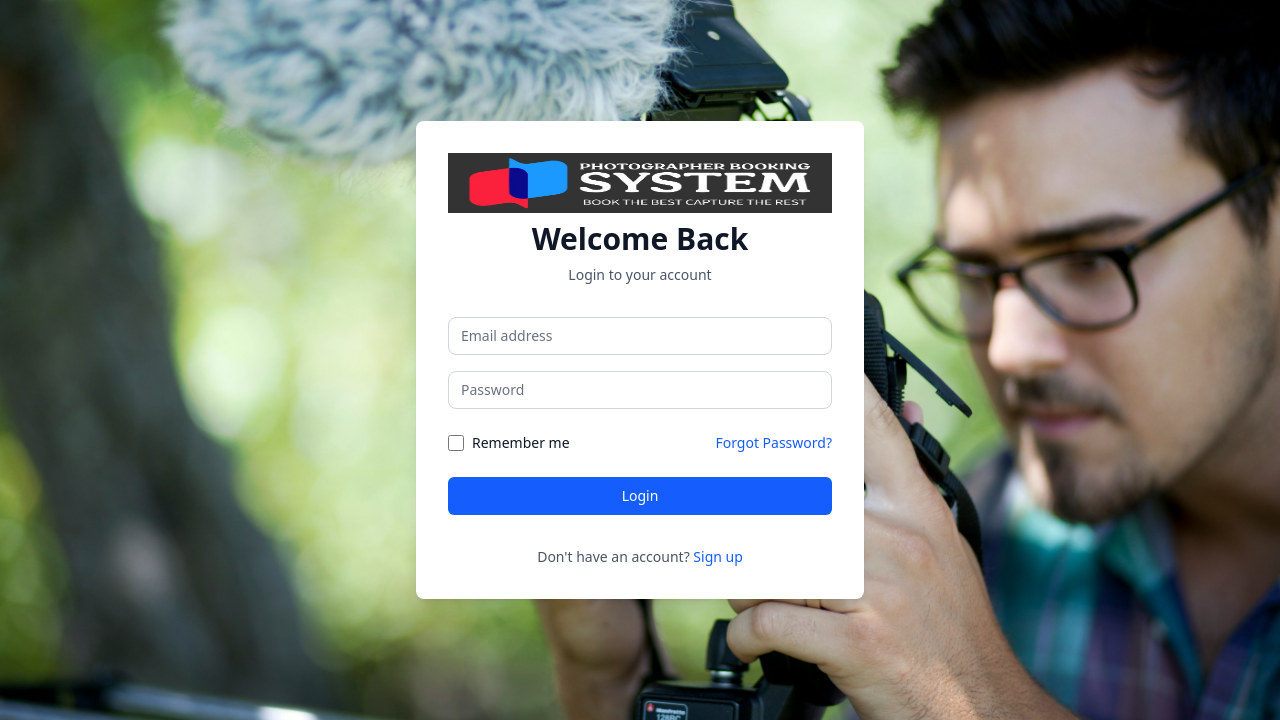
Repository: iamsirajacharya/FYP_Photographer_Booking_system
Page: /login (app in FrontEnd/)
An editor plug-in stored every save of this project. The page is shown before and after the next save, followed by the edit.
The browser window is 1280 px wide. The pictures show the whole page.
The project was rebuilt for these pictures with package versions that can differ from the ones it lists, and the page was loaded fresh each time. Also part of the build but not shown: FrontEnd/src/components/Authentication/Register.jsx, FrontEnd/src/components/Dashboard/Banner.jsx, FrontEnd/src/components/Dashboard/Navbar.jsx, FrontEnd/src/components/Dashboard/Home.jsx.

Above is the page before, as saved 2025-02-22 23:26:40.

### FrontEnd/index.html
<!DOCTYPE html>
<html lang="en">
  <head>
    <meta charset="UTF-8" />
    <link rel="icon" type="image/svg+xml" href="/vite.svg" />
    <meta name="viewport" content="width=device-width, initial-scale=1.0" />
    <title>Vite + React</title>
    <link href="/src/index.css" rel="stylesheet" />
  </head>
  <body>
    <div id="root"></div>
    <script type="module" src="/src/main.jsx"></script>
  </body>
</html>

### FrontEnd/src/main.jsx
import React from "react";
import { StrictMode } from "react";
import { createRoot } from "react-dom/client";
import "./index.css";
import App from "./App.jsx";
import { BrowserRouter } from "react-router";

createRoot(document.getElementById("root")).render(
  <BrowserRouter>
    <App />
  </BrowserRouter>
);

### FrontEnd/src/App.jsx
import React from "react";
import { Routes, Route } from "react-router";
import Register from "../src/components/Authentication/Register";
import Home from "../src/components/Dashboard/Home";
import Login from "../src/components/Authentication/Login";

function App() {
  return (
    <Routes>
      <Route path="/" element={<Home />} />
      <Route path="/register" element={<Register />} />
      <Route path="/login" element={<Login />} />
    </Routes>
  );
}

export default App;

### FrontEnd/src/components/Authentication/Login.jsx
import React, { useState } from "react";
import { Link, useNavigate } from "react-router-dom";
import logo from "../../assets/images/logo.jpg";
import backgroundimg from "../../assets/images/loginimg.jpg";

const Login = () => {
  const navigate = useNavigate();
  const [formData, setFormData] = useState({
    email: "",
    password: "",
    rememberMe: false,
  });
  const [errors, setErrors] = useState({});
  const [isLoading, setIsLoading] = useState(false);

  const validateForm = () => {
    const newErrors = {};

    if (!formData.email) {
      newErrors.email = "Email is required";
    } else if (!/\S+@\S+\.\S+/.test(formData.email)) {
      newErrors.email = "Please enter a valid email";
    }

    if (!formData.password) {
      newErrors.password = "Password is required";
    } else if (formData.password.length < 6) {
      newErrors.password = "Password must be at least 6 characters";
    }

    setErrors(newErrors);
    return Object.keys(newErrors).length === 0;
  };

  const handleChange = (e) => {
    const { name, value, type, checked } = e.target;
    setFormData((prev) => ({
      ...prev,
      [name]: type === "checkbox" ? checked : value,
    }));

    if (errors[name]) {
      setErrors((prev) => ({
        ...prev,
        [name]: "",
      }));
    }
  };

  const handleSubmit = async (e) => {
    e.preventDefault();
    if (!validateForm()) return;

    setIsLoading(true);
    try {
      await new Promise((resolve) => setTimeout(resolve, 1000));
      console.log("Login successful");
      navigate("/dashboard");
    } catch (error) {
      setErrors({ submit: "Failed to login. Please try again." });
    } finally {
      setIsLoading(false);
    }
  };

  return (
    <div
      className="min-h-screen flex items-center justify-center py-12 px-4 sm:px-6 lg:px-8"
      style={{
        backgroundImage: `url(${backgroundimg})`,
        backgroundSize: "cover",
        backgroundPosition: "center",
      }}
    >
      <div className="max-w-md w-full space-y-8 bg-white p-8 rounded-lg shadow-lg bg-opacity-90">
        <div className="flex flex-col items-center text-center">
          <img className="h-15 w-700 mb-2" src={logo} alt="logo" />
          <h2 className="text-3xl font-bold text-gray-900">Welcome Back</h2>
          <p className="mt-2 text-sm text-gray-600">Login to your account</p>
        </div>

        <form className="mt-8 space-y-6" onSubmit={handleSubmit}>
          <div className="space-y-4">
            <div>
              <label htmlFor="email" className="sr-only">
                Email address
              </label>
              <input
                id="email"
                name="email"
                type="email"
                value={formData.email}
                onChange={handleChange}
                className={`appearance-none rounded-lg block w-full px-3 py-2 border ${
                  errors.email ? "border-red-500" : "border-gray-300"
                } placeholder-gray-500 text-gray-900 focus:outline-none focus:ring-blue-500 focus:border-blue-500 sm:text-sm`}
                placeholder="Email address"
              />
              {errors.email && (
                <p className="mt-1 text-xs text-red-500">{errors.email}</p>
              )}
            </div>

            <div>
              <label htmlFor="password" className="sr-only">
                Password
              </label>
              <input
                id="password"
                name="password"
                type="password"
                value={formData.password}
                onChange={handleChange}
                className={`appearance-none rounded-lg block w-full px-3 py-2 border ${
                  errors.password ? "border-red-500" : "border-gray-300"
                } placeholder-gray-500 text-gray-900 focus:outline-none focus:ring-blue-500 focus:border-blue-500 sm:text-sm`}
                placeholder="Password"
              />
              {errors.password && (
                <p className="mt-1 text-xs text-red-500">{errors.password}</p>
              )}
            </div>
          </div>

          <div className="flex items-center justify-between">
            <div className="flex items-center">
              <input
                id="remember-me"
                name="rememberMe"
                type="checkbox"
                checked={formData.rememberMe}
                onChange={handleChange}
                className="h-4 w-4 text-blue-600 focus:ring-blue-500 border-gray-300 rounded"
              />
              <label
                htmlFor="remember-me"
                className="ml-2 text-sm text-gray-900"
              >
                Remember me
              </label>
            </div>
            <Link
              to="/forgot-password"
              className="text-sm text-blue-600 hover:text-blue-500"
            >
              Forgot Password?
            </Link>
          </div>

          {errors.submit && (
            <p className="text-sm text-center text-red-500">{errors.submit}</p>
          )}

          <button
            type="submit"
            disabled={isLoading}
            className="group w-full flex justify-center py-2 px-4 border border-transparent text-sm font-medium rounded-md text-white bg-blue-600 hover:bg-blue-700 focus:outline-none focus:ring-2 focus:ring-offset-2 focus:ring-blue-500 disabled:opacity-50"
          >
            {isLoading ? "Loading..." : "Login"}
          </button>
        </form>

        <p className="mt-8 text-center text-sm text-gray-600">
          Don't have an account?{" "}
          <Link
            to="/signup"
            className="font-medium text-blue-600 hover:text-blue-500"
          >
            Sign up
          </Link>
        </p>
      </div>
    </div>
  );
};

export default Login;

Loaded but not shown: FrontEnd/src/index.css (common file)

After the next save:
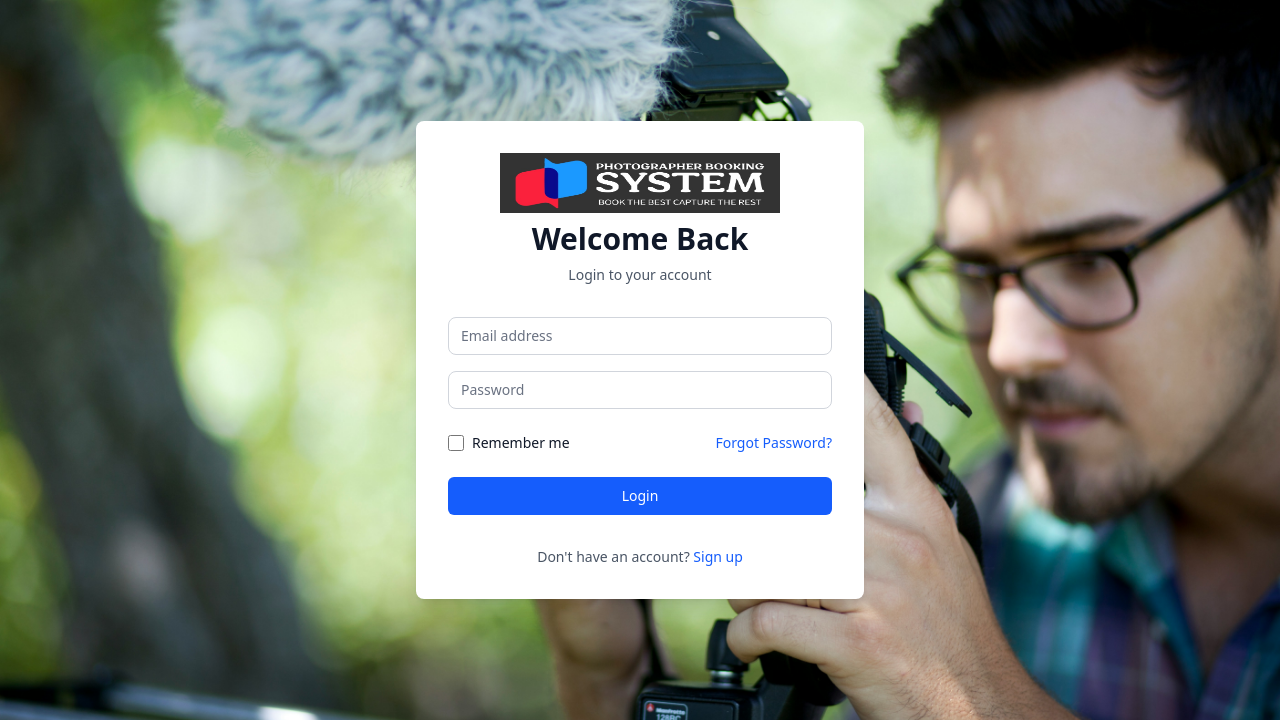
Saved 14 s later.
--- a/FrontEnd/src/components/Authentication/Login.jsx
+++ b/FrontEnd/src/components/Authentication/Login.jsx
@@ -74,7 +74,7 @@ const Login = () => {
     >
       <div className="max-w-md w-full space-y-8 bg-white p-8 rounded-lg shadow-lg bg-opacity-90">
         <div className="flex flex-col items-center text-center">
-          <img className="h-15 w-700 mb-2" src={logo} alt="logo" />
+          <img className="h-15 w-70 mb-2" src={logo} alt="logo" />
           <h2 className="text-3xl font-bold text-gray-900">Welcome Back</h2>
           <p className="mt-2 text-sm text-gray-600">Login to your account</p>
         </div>
